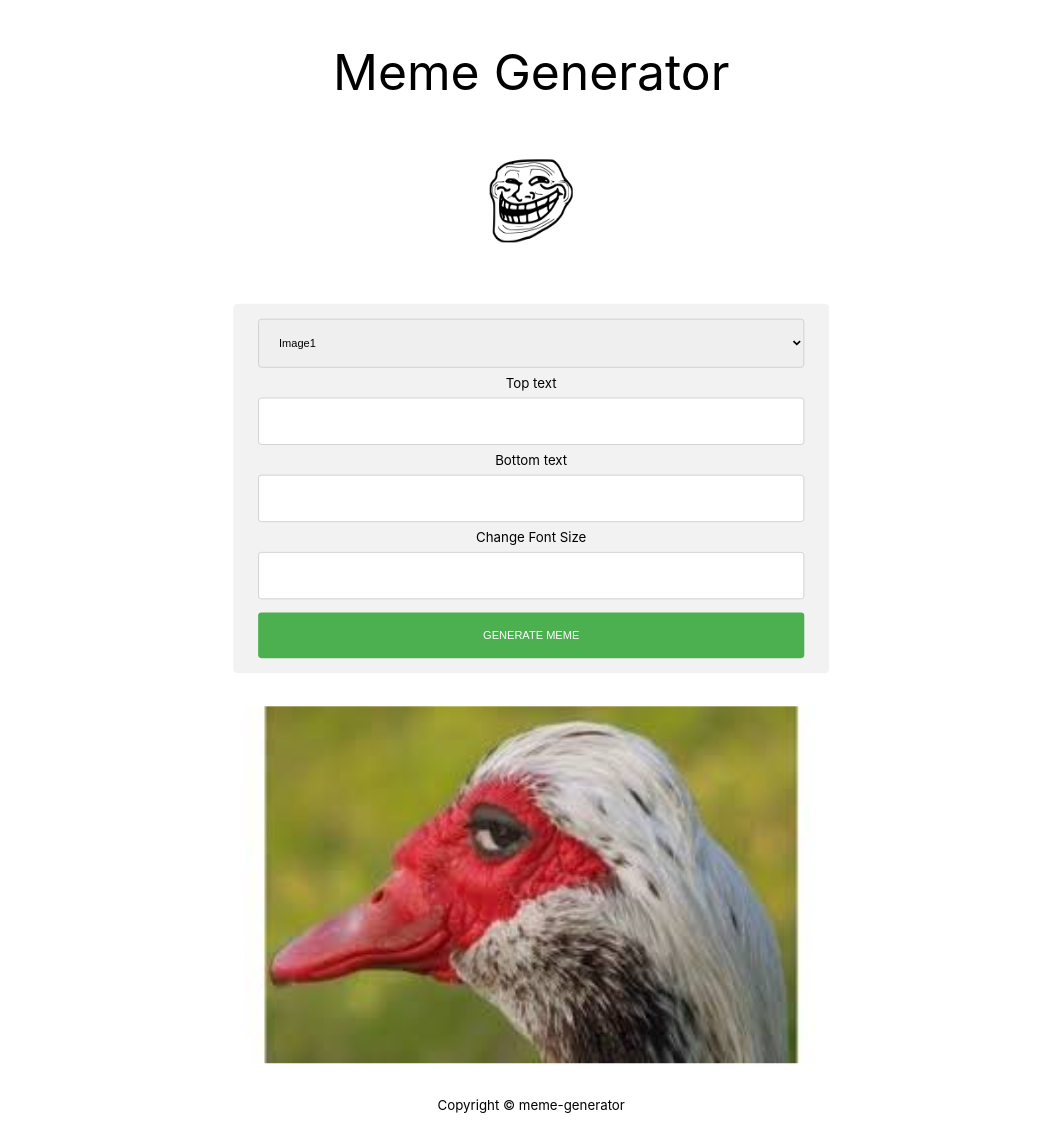
Repository: JivkoJelev91/Meme-Generator
Page: /
These files come from the project's save history. The page is drawn as it stood at one moment and after the next save; the edit follows.
The browser window is 1280 px wide. The pictures show the whole page, at 83% of full size.
The project was rebuilt for these pictures with package versions that can differ from the ones it lists, and the page was loaded fresh each time.

Above is the page before, as saved 2018-10-11 16:00:35.

After the next save:
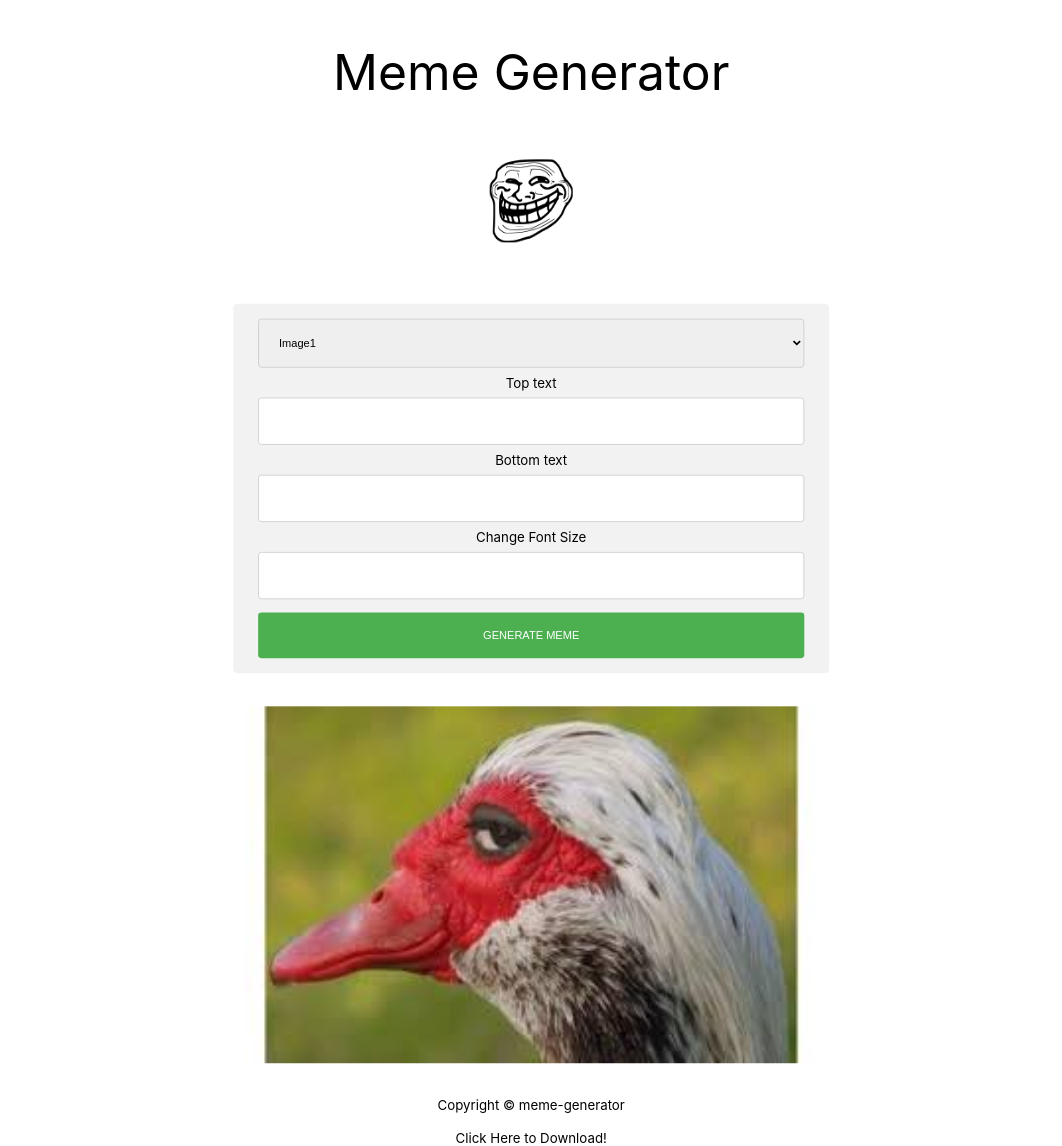
Saved 88 s later.
--- a/src/memes.js
+++ b/src/memes.js
@@ -111,6 +111,7 @@ class Memes extends Component {
             </div>
          </div>
          <footer>Copyright © meme-generator</footer>
+         <a id="downloadLink" download="cat.png">Click Here to Download!</a>
          </div>
         );
       }
